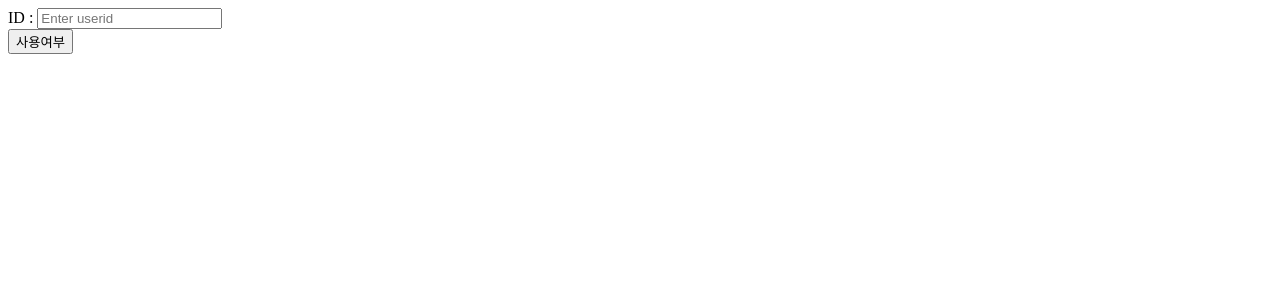
Repository: yerori/Eclipse
Page: http://localhost/project/member/idCheck.me
These files come from the project's save history. The page is drawn as it stood at one moment and after the next save; the edit follows.
The browser window is 1280 px wide. The pictures show the whole page.
The page is served by Tomcat 9. Other server files are loaded and not shown.

Above is the page before, as saved 2020-07-30 06:21:14.

### project/WebContent/member/idCheck.jsp
<%@ page language="java" contentType="text/html; charset=UTF-8"
    pageEncoding="UTF-8"%>

<div class="container">


  <div class="row">
    <div class="col">
    <label for="userid">ID : </label>
    <input type="text" class="form-control" placeholder="Enter userid" id="userid" name="userid">
 	</div>
 	<div class="col align-self-end">
  	<button type="button" id="useBtn" class="btn btn-primary" name="id_checkBtn">사용여부</button>
  	</div>
  	</div>

  </div>

### project/src/com/member/action/MemberIdCheck.java
package com.member.action;

import java.io.IOException;

import javax.servlet.RequestDispatcher;
import javax.servlet.ServletException;
import javax.servlet.annotation.WebServlet;
import javax.servlet.http.HttpServlet;
import javax.servlet.http.HttpServletRequest;
import javax.servlet.http.HttpServletResponse;

/**
 * Servlet implementation class MemberIdCheck
 */
@WebServlet("/member/idCheck.me")
public class MemberIdCheck extends HttpServlet {
	private static final long serialVersionUID = 1L;

    /**
     * @see HttpServlet#HttpServlet()
     */
    public MemberIdCheck() {
        super();
        // TODO Auto-generated constructor stub
    }

	/**
	 * @see HttpServlet#doGet(HttpServletRequest request, HttpServletResponse response)
	 */
	protected void doGet(HttpServletRequest request, HttpServletResponse response) throws ServletException, IOException {
		RequestDispatcher rd = request.getRequestDispatcher("idCheck.jsp");
		rd.forward(request, response);
	}


	protected void doPost(HttpServletRequest request, HttpServletResponse response) throws ServletException, IOException {
		// TODO Auto-generated method stub
		doGet(request, response);
	}

}

### project/WebContent/js/member.js
var exp = /^[0-9]{3}-[0-9]{4}-[0-9]{4}$/;

$(document).ready(function(){
	$("#send").click(function(){
		if($("#userid").val()==0){
		alert("이름을 넣어주세요");
		$("#userid").focus;
		return false;
	}

		if($("#userid").val()==0){
		alert("아이디를 입력하세요");
		$("#userid").focus;
		return false;
	}
		if($("#name").val()==0){
			alert("이름을 입력해주세요");
			$("#name").focus;
			return false;
		}
		if($("#pwd").val()==0){
			alert("비밀번호를 입력해주세요");
			$("#pwd").focus;
			return false;
		}
	//비번확인
		if($("#pwd").val()!=$("#pwd_check").val()){
			alert("비밀번호가 일치하지 않습니다.");
			$("#pwd").focus;
			return false;
		}

		if($("#email").val()==0){
			alert("이메일을 입력해주세요");
			$("#email").focus;
			return false;
		}
		if(!$("#phone").val().match(exp)){
			alert("전화번호 입력 양식이 아닙니다.");
			$("#phone").focus;
			return false;
		}

	//id중복확인 버튼 클릭
		$("#id_checkBtn").click(function(){
			window.open("idCheck.me","","width=800 height=500");
		});

//	id 중복확인
//		$("idCheckBtn").click(function(){
//			if($("#userid").val()==""){
//				alert("ID를 입력하세요");
//				${"#userid"}.focus()
//				return false;
//		}
//		$.ajax({
//			type="post",
//
//		})
//		})
//		$("#frm").submit();
//
//	})
//})
function delFunc(userid){
	if(confirm("정말 삭제할까요?")){
		$.getJSON("userDelete.me?userid="+userid, function(data){
		var htmlStr="";
		$.each(data.root, function(key,val){
			htmlStr+="<tr>";
			htmlStr+="<td>"+val.name+"</td>";
			htmlStr+="<td>"+val.userid+"</td>";
			htmlStr+="<td>"+val.phone+"</td>";
			htmlStr+="<td>"+val.email+"</td>";
			htmlStr+="<td>"+val.mode+"</td>";
			if(val.mode=='일반회원'){
				htmlStr+="<td onclick=del('"+val.userid+"')>삭제</td>";
			}else{
				htmlStr+="<td></td>";
			}
			htmlStr+="</tr>";
		})
		$("table tbody").html(htmlStr);
	})
	}
	}

After the next save:
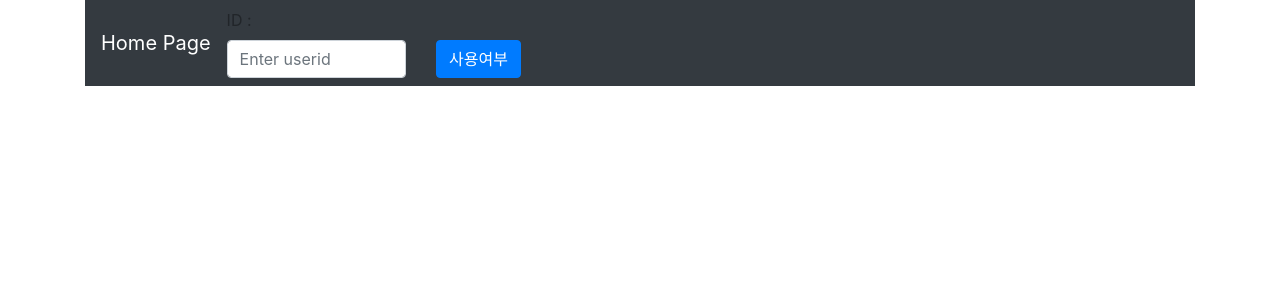
Console error: SyntaxError: Unexpected end of input
Saved 58 s later.
--- a/project/WebContent/member/idCheck.jsp
+++ b/project/WebContent/member/idCheck.jsp
@@ -2,7 +2,20 @@
     pageEncoding="UTF-8"%>
 
 <div class="container">
+  <meta name="viewport" content="width=device-width, initial-scale=1">
+  <link rel="stylesheet" href="https://maxcdn.bootstrapcdn.com/bootstrap/4.5.0/css/bootstrap.min.css">
+  <script src="https://ajax.googleapis.com/ajax/libs/jquery/3.5.1/jquery.min.js"></script>
+  <script src="https://cdnjs.cloudflare.com/ajax/libs/popper.js/1.16.0/umd/popper.min.js"></script>
+  <script src="https://maxcdn.bootstrapcdn.com/bootstrap/4.5.0/js/bootstrap.min.js"></script>
+  <script src="/project/js/member.js"></script>
+</head>
+<body>
 
+<nav class="navbar navbar-expand-md bg-dark navbar-dark">
+  <a class="navbar-brand" href="#">Home Page</a>
+  <button class="navbar-toggler" type="button" data-toggle="collapse" data-target="#collapsibleNavbar">
+    <span class="navbar-toggler-icon"></span>
+  </button>
 
   <div class="row">
     <div class="col">
